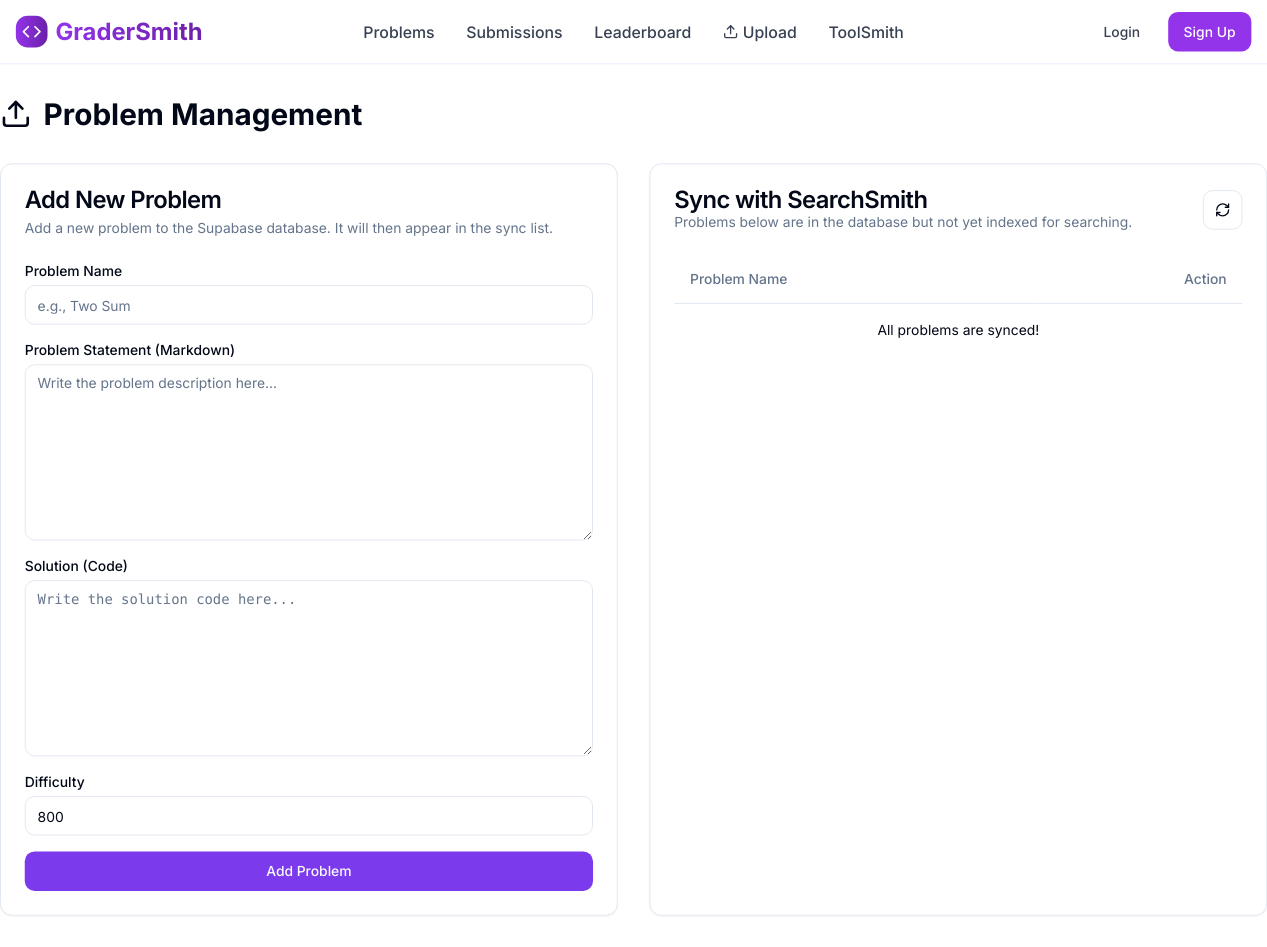
Repository: WOI-Core/TestSmith
Page: /upload
These files come from the project's save history. The page is drawn as it stood at one moment and after the next save; the edit follows.
The browser window is 1280 px wide. The pictures show the whole page, at 99% of full size.
The page's requests for data from a server got no answer. The project was rebuilt for these pictures with package versions that can differ from the ones it lists, and the page was loaded fresh each time. The framework's server and built-in components were replaced by stand-ins that run in the browser. No one was signed in, and anything a server would have sent is missing. Also part of the build but not shown: next.config.mjs, components/ui/avatar.tsx, components/ui/dropdown-menu.tsx.

Above is the page before, as saved 2025-07-10 01:26:22.

### app/layout.tsx
import type React from "react"
import type { Metadata } from "next"
import { Inter } from "next/font/google"
import "./globals.css"
import { AuthProvider } from "./context/AuthContext"
import Header from "./components/Header"

const inter = Inter({ subsets: ["latin"] })

export const metadata: Metadata = {
  title: "GraderSmith - Master Competitive Programming",
  description: "Modern Online Judge Platform for Competitive Programming",
    generator: 'v0.dev'
}

export default function RootLayout({
  children,
}: Readonly<{
  children: React.ReactNode
}>) {
  return (
    <html lang="en">
      <body className={inter.className}>
        <AuthProvider>
          <Header />
          <main>{children}</main>
        </AuthProvider>
      </body>
    </html>
  )
}

### app/upload/page.tsx
// app/upload/page.tsx
"use client"

import { useState, useEffect, FormEvent } from "react"
import { Button } from "@/components/ui/button"
import { Input } from "@/components/ui/input"
import { Textarea } from "@/components/ui/textarea"
import { Card, CardContent, CardHeader, CardTitle, CardDescription } from "@/components/ui/card"
import { Table, TableBody, TableCell, TableHead, TableHeader, TableRow } from "@/components/ui/table"
import { useToast } from "@/hooks/use-toast"
import { Upload, RefreshCw, Send } from "lucide-react"

interface UntaggedProblem {
  id: string;
  name: string;
  difficulty: number;
  tags: string[];
}

export default function UploadPage() {
  const { toast } = useToast()
  const [problemName, setProblemName] = useState("")
  const [markdownContent, setMarkdownContent] = useState("")
  const [solutionCode, setSolutionCode] = useState("")
  const [difficulty, setDifficulty] = useState(800)
  const [isSubmitting, setIsSubmitting] = useState(false)

  const [untaggedProblems, setUntaggedProblems] = useState<UntaggedProblem[]>([])
  const [isLoadingUntagged, setIsLoadingUntagged] = useState(false)
  const [syncingProblemId, setSyncingProblemId] = useState<string | null>(null)

  const fetchUntaggedProblems = async () => {
    setIsLoadingUntagged(true)
    try {
      const response = await fetch("/api/problems/from-storage")
      if (!response.ok) throw new Error("Failed to fetch problems from storage.")
      const data = await response.json()
      setUntaggedProblems(data)
    } catch (error: any) {
      toast({
        title: "Error",
        description: error.message,
        variant: "destructive",
      })
    } finally {
      setIsLoadingUntagged(false)
    }
  }

  useEffect(() => {
    fetchUntaggedProblems()
  }, [])

  const handleAddProblem = async (e: FormEvent) => {
    e.preventDefault()
    setIsSubmitting(true)

    if (!problemName.trim() || !markdownContent.trim() || !solutionCode.trim()) {
      toast({
        title: "Validation Error",
        description: "Problem Name, Problem Statement, and Solution Code cannot be empty.",
        variant: "destructive",
      })
      setIsSubmitting(false)
      return
    }

    try {
      const response = await fetch("/api/problems", {
        method: "POST",
        headers: { "Content-Type": "application/json" },
        body: JSON.stringify({
          name: problemName,
          statement: markdownContent,
          solution: solutionCode,
          difficulty: difficulty,
        }),
      })

      if (!response.ok) {
        const errorData = await response.json()
        throw new Error(errorData.message || "Failed to add problem.")
      }

      toast({
        title: "Success",
        description: "Problem has been added to the database.",
      })
      setProblemName("")
      setMarkdownContent("")
      setSolutionCode("")
      setDifficulty(800)
      fetchUntaggedProblems()
    } catch (error: any) {
      toast({
        title: "Error adding problem",
        description: error.message,
        variant: "destructive",
      })
    } finally {
      setIsSubmitting(false)
    }
  }

  const handleSyncProblem = async (problem: UntaggedProblem) => {
    setSyncingProblemId(problem.id)
    try {
      const response = await fetch("/api/problems/sync-searchsmith", {
        method: "POST",
        headers: { "Content-Type": "application/json" },
        body: JSON.stringify({
          problem_id: problem.id,
        }),
      })

      if (!response.ok) {
        const errorData = await response.json()
        throw new Error(errorData.message || "Failed to sync with SearchSmith.")
      }

      const result = await response.json()
      toast({
        title: "Sync Successful",
        description: `Problem "${result.problem_name}" has been indexed by SearchSmith.`,
      })
      setUntaggedProblems((prev) => prev.filter((p) => p.id !== problem.id))
    } catch (error: any) {
      toast({
        title: "Error syncing problem",
        description: error.message,
        variant: "destructive",
      })
    } finally {
      setSyncingProblemId(null)
    }
  }

  return (
    <div className="container mx-auto py-8">
      <h1 className="text-3xl font-bold mb-8 flex items-center">
        <Upload className="mr-3 h-8 w-8" />
        Problem Management
      </h1>
      <div className="grid grid-cols-1 lg:grid-cols-2 gap-8">
        <Card>
          <CardHeader>
            <CardTitle>Add New Problem</CardTitle>
            <CardDescription>
              Add a new problem to the Supabase database. It will then appear in the sync list.
            </CardDescription>
          </CardHeader>
          <CardContent>
            <form onSubmit={handleAddProblem} className="space-y-4">
              <div>
                <label htmlFor="problemName" className="block text-sm font-medium mb-1">Problem Name</label>
                <Input
                  id="problemName"
                  value={problemName}
                  onChange={(e) => setProblemName(e.target.value)}
                  placeholder="e.g., Two Sum"
                  required
                />
              </div>
              <div>
                <label htmlFor="markdownContent" className="block text-sm font-medium mb-1">Problem Statement (Markdown)</label>
                <Textarea
                  id="markdownContent"
                  value={markdownContent}
                  onChange={(e) => setMarkdownContent(e.target.value)}
                  placeholder="Write the problem description here..."
                  rows={8}
                  required
                />
              </div>
              <div>
                <label htmlFor="solutionCode" className="block text-sm font-medium mb-1">Solution (Code)</label>
                <Textarea
                  id="solutionCode"
                  value={solutionCode}
                  onChange={(e) => setSolutionCode(e.target.value)}
                  placeholder="Write the solution code here..."
                  rows={8}
                  required
                  className="font-mono"
                />
              </div>
              <div>
                 <label htmlFor="difficulty" className="block text-sm font-medium mb-1">Difficulty</label>
                 <Input
                    id="difficulty"
                    type="number"
                    value={difficulty}
                    onChange={(e) => setDifficulty(Number(e.target.value))}
                    placeholder="e.g., 1200"
                    required
                 />
              </div>
              <Button type="submit" disabled={isSubmitting} className="w-full">
                {isSubmitting ? "Submitting..." : "Add Problem"}
              </Button>
            </form>
          </CardContent>
        </Card>

        <Card>
          <CardHeader>
            <div className="flex justify-between items-center">
              <div>
                <CardTitle>Sync with SearchSmith</CardTitle>
                <CardDescription>
                  Problems below are in the database but not yet indexed for searching.
                </CardDescription>
              </div>
              <Button variant="outline" size="icon" onClick={fetchUntaggedProblems} disabled={isLoadingUntagged}>
                <RefreshCw className={`h-4 w-4 ${isLoadingUntagged ? 'animate-spin' : ''}`} />
              </Button>
            </div>
          </CardHeader>
          <CardContent>
            <Table>
              <TableHeader>
                <TableRow>
                  <TableHead>Problem Name</TableHead>
                  <TableHead className="text-right">Action</TableHead>
                </TableRow>
              </TableHeader>
              <TableBody>
                {isLoadingUntagged ? (
                  <TableRow key="loading-row"><TableCell colSpan={2} className="text-center">Loading...</TableCell></TableRow>
                ) : untaggedProblems.length > 0 ? (
                  untaggedProblems.map((problem) => (
                    <TableRow key={problem.id}>
                      <TableCell className="font-medium">{problem.name}</TableCell>
                      <TableCell className="text-right">
                        <Button
                          size="sm"
                          onClick={() => handleSyncProblem(problem)}
                          disabled={syncingProblemId === problem.id}
                        >
                          {syncingProblemId === problem.id ? (
                            "Syncing..."
                          ) : (
                            <><Send className="mr-2 h-4 w-4" /> Sync</>
                          )}
                        </Button>
                      </TableCell>
                    </TableRow>
                  ))
                ) : (
                  <TableRow key="no-problems-row"><TableCell colSpan={2} className="text-center">All problems are synced!</TableCell></TableRow>
                )}
              </TableBody>
            </Table>
          </CardContent>
        </Card>
      </div>
    </div>
  )
}

### app/context/AuthContext.tsx
"use client";

import { createContext, useContext, useState, useEffect, ReactNode } from 'react';

interface User {
  id: string;
  email: string;
  username: string;
}

interface AuthContextType {
  user: User | null;
  token: string | null;
  login: (user: User, token: string) => void;
  logout: () => void;
  isAuthenticated: boolean;
}

const AuthContext = createContext<AuthContextType | undefined>(undefined);

export const AuthProvider = ({ children }: { children: ReactNode }) => {
  const [user, setUser] = useState<User | null>(null);
  const [token, setToken] = useState<string | null>(null);

  useEffect(() => {
    try {
      const storedToken = localStorage.getItem('token');
      const storedUser = localStorage.getItem('user');

      if (storedToken) {
        setToken(storedToken);
      }

      // FIX: Check if storedUser is not null and not the string "undefined"
      if (storedUser && storedUser !== "undefined") {
        setUser(JSON.parse(storedUser));
      }
    } catch (error) {
      console.error("Failed to parse user from localStorage", error);
      // Clear corrupted storage
      localStorage.removeItem('user');
      localStorage.removeItem('token');
    }
  }, []);

  const login = (user: User, token: string) => {
    setUser(user);
    setToken(token);
    localStorage.setItem('user', JSON.stringify(user));
    localStorage.setItem('token', token);
  };

  const logout = () => {
    setUser(null);
    setToken(null);
    localStorage.removeItem('user');
    localStorage.removeItem('token');
  };

  return (
    <AuthContext.Provider value={{ user, token, login, logout, isAuthenticated: !!token }}>
      {children}
    </AuthContext.Provider>
  );
};

export const useAuth = () => {
  const context = useContext(AuthContext);
  if (context === undefined) {
    throw new Error('useAuth must be used within an AuthProvider');
  }
  return context;
};

### components/ui/button.tsx
import * as React from "react"
import { Slot } from "@radix-ui/react-slot"
import { cva, type VariantProps } from "class-variance-authority"

import { cn } from "@/lib/utils"

const buttonVariants = cva(
  "inline-flex items-center justify-center gap-2 whitespace-nowrap rounded-md text-sm font-medium ring-offset-background transition-colors focus-visible:outline-none focus-visible:ring-2 focus-visible:ring-ring focus-visible:ring-offset-2 disabled:pointer-events-none disabled:opacity-50 [&_svg]:pointer-events-none [&_svg]:size-4 [&_svg]:shrink-0",
  {
    variants: {
      variant: {
        default: "bg-primary text-primary-foreground hover:bg-primary/90",
        destructive:
          "bg-destructive text-destructive-foreground hover:bg-destructive/90",
        outline:
          "border border-input bg-background hover:bg-accent hover:text-accent-foreground",
        secondary:
          "bg-secondary text-secondary-foreground hover:bg-secondary/80",
        ghost: "hover:bg-accent hover:text-accent-foreground",
        link: "text-primary underline-offset-4 hover:underline",
      },
      size: {
        default: "h-10 px-4 py-2",
        sm: "h-9 rounded-md px-3",
        lg: "h-11 rounded-md px-8",
        icon: "h-10 w-10",
      },
    },
    defaultVariants: {
      variant: "default",
      size: "default",
    },
  }
)

export interface ButtonProps
  extends React.ButtonHTMLAttributes<HTMLButtonElement>,
    VariantProps<typeof buttonVariants> {
  asChild?: boolean
}

const Button = React.forwardRef<HTMLButtonElement, ButtonProps>(
  ({ className, variant, size, asChild = false, ...props }, ref) => {
    const Comp = asChild ? Slot : "button"
    return (
      <Comp
        className={cn(buttonVariants({ variant, size, className }))}
        ref={ref}
        {...props}
      />
    )
  }
)
Button.displayName = "Button"

export { Button, buttonVariants }

### components/ui/input.tsx
import * as React from "react"

import { cn } from "@/lib/utils"

const Input = React.forwardRef<HTMLInputElement, React.ComponentProps<"input">>(
  ({ className, type, ...props }, ref) => {
    return (
      <input
        type={type}
        className={cn(
          "flex h-10 w-full rounded-md border border-input bg-background px-3 py-2 text-base ring-offset-background file:border-0 file:bg-transparent file:text-sm file:font-medium file:text-foreground placeholder:text-muted-foreground focus-visible:outline-none focus-visible:ring-2 focus-visible:ring-ring focus-visible:ring-offset-2 disabled:cursor-not-allowed disabled:opacity-50 md:text-sm",
          className
        )}
        ref={ref}
        {...props}
      />
    )
  }
)
Input.displayName = "Input"

export { Input }

### components/ui/card.tsx
import * as React from "react"

import { cn } from "@/lib/utils"

const Card = React.forwardRef<
  HTMLDivElement,
  React.HTMLAttributes<HTMLDivElement>
>(({ className, ...props }, ref) => (
  <div
    ref={ref}
    className={cn(
      "rounded-lg border bg-card text-card-foreground shadow-sm",
      className
    )}
    {...props}
  />
))
Card.displayName = "Card"

const CardHeader = React.forwardRef<
  HTMLDivElement,
  React.HTMLAttributes<HTMLDivElement>
>(({ className, ...props }, ref) => (
  <div
    ref={ref}
    className={cn("flex flex-col space-y-1.5 p-6", className)}
    {...props}
  />
))
CardHeader.displayName = "CardHeader"

const CardTitle = React.forwardRef<
  HTMLDivElement,
  React.HTMLAttributes<HTMLDivElement>
>(({ className, ...props }, ref) => (
  <div
    ref={ref}
    className={cn(
      "text-2xl font-semibold leading-none tracking-tight",
      className
    )}
    {...props}
  />
))
CardTitle.displayName = "CardTitle"

const CardDescription = React.forwardRef<
  HTMLDivElement,
  React.HTMLAttributes<HTMLDivElement>
>(({ className, ...props }, ref) => (
  <div
    ref={ref}
    className={cn("text-sm text-muted-foreground", className)}
    {...props}
  />
))
CardDescription.displayName = "CardDescription"

const CardContent = React.forwardRef<
  HTMLDivElement,
  React.HTMLAttributes<HTMLDivElement>
>(({ className, ...props }, ref) => (
  <div ref={ref} className={cn("p-6 pt-0", className)} {...props} />
))
CardContent.displayName = "CardContent"

const CardFooter = React.forwardRef<
  HTMLDivElement,
  React.HTMLAttributes<HTMLDivElement>
>(({ className, ...props }, ref) => (
  <div
    ref={ref}
    className={cn("flex items-center p-6 pt-0", className)}
    {...props}
  />
))
CardFooter.displayName = "CardFooter"

export { Card, CardHeader, CardFooter, CardTitle, CardDescription, CardContent }

Loaded but not shown: app/globals.css (common file); components/ui/textarea.tsx (common file); hooks/use-toast.ts (common file); lib/utils.ts (common file); tailwind.config.ts (common file); app/components/Header.tsx (115 lines, source omitted); components/ui/table.tsx (117 lines, source omitted)

After the next save:
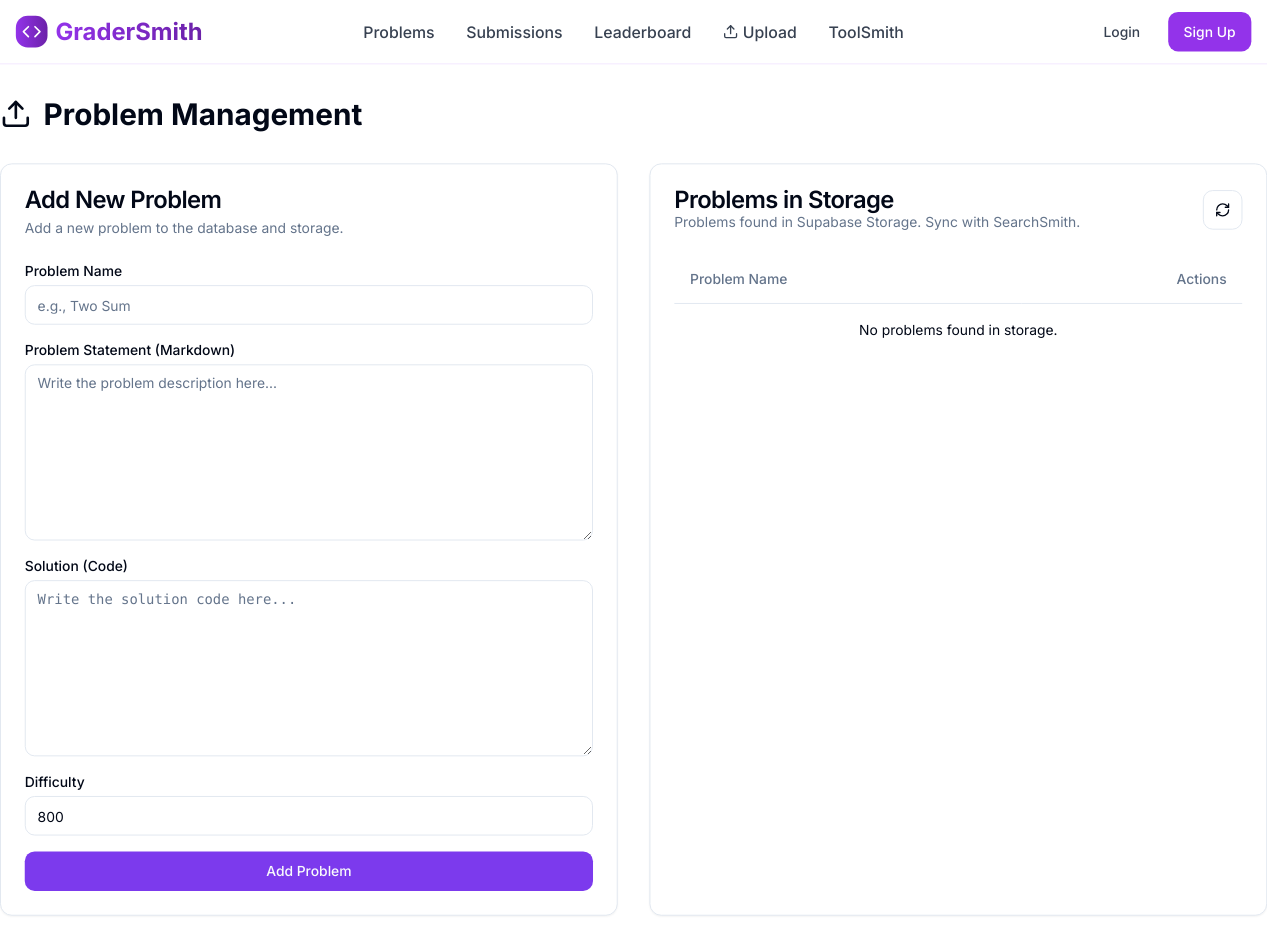
Saved 11 min 22 s later.
--- a/app/upload/page.tsx
+++ b/app/upload/page.tsx
@@ -8,12 +8,24 @@
 import { Card, CardContent, CardHeader, CardTitle, CardDescription } from "@/components/ui/card"
 import { Table, TableBody, TableCell, TableHead, TableHeader, TableRow } from "@/components/ui/table"
 import { useToast } from "@/hooks/use-toast"
-import { Upload, RefreshCw, Send } from "lucide-react"
+import { Upload, RefreshCw, Send } from "lucide-react" // Removed FileText and Code icons
 
 interface UntaggedProblem {
   id: string;
   name: string;
   difficulty: number;
+  tags: string[];
+}
+
+interface FullProblemDetails {
+  id: string;
+  name: string;
+  statement: string;
+  solution: string;
+  difficulty: number;
+  timeLimit?: number;
+  memoryLimit?: number;
+  note?: string;
   tags: string[];
 }
 
@@ -28,6 +40,8 @@
   const [untaggedProblems, setUntaggedProblems] = useState<UntaggedProblem[]>([])
   const [isLoadingUntagged, setIsLoadingUntagged] = useState(false)
   const [syncingProblemId, setSyncingProblemId] = useState<string | null>(null)
+  // Removed loadingProblemDetailsId state as load functionality is removed
+
 
   const fetchUntaggedProblems = async () => {
     setIsLoadingUntagged(true)
@@ -102,14 +116,28 @@
     }
   }
 
+  // Removed handleLoadProblemDetails function
+
+
   const handleSyncProblem = async (problem: UntaggedProblem) => {
     setSyncingProblemId(problem.id)
     try {
+      const problemDetailsResponse = await fetch(`/api/problems/details-from-storage/${problem.id}`);
+      if (!problemDetailsResponse.ok) throw new Error("Failed to fetch problem details for sync.");
+      const problemDetails: FullProblemDetails = await problemDetailsResponse.json();
+
+      if (!problemDetails.statement || !problemDetails.solution) {
+          throw new Error("Problem content (statement or solution) missing for sync.");
+      }
+
       const response = await fetch("/api/problems/sync-searchsmith", {
         method: "POST",
         headers: { "Content-Type": "application/json" },
         body: JSON.stringify({
           problem_id: problem.id,
+          problem_name: problemDetails.name,
+          markdown_content: problemDetails.statement,
+          solution_code: problemDetails.solution,
         }),
       })
 
@@ -144,9 +172,9 @@
       <div className="grid grid-cols-1 lg:grid-cols-2 gap-8">
         <Card>
           <CardHeader>
-            <CardTitle>Add New Problem</CardTitle>
+            <CardTitle>Add New Problem</CardTitle> {/* Reverted title */}
             <CardDescription>
-              Add a new problem to the Supabase database. It will then appear in the sync list.
+              Add a new problem to the database and storage.
             </CardDescription>
           </CardHeader>
           <CardContent>
@@ -206,9 +234,9 @@
           <CardHeader>
             <div className="flex justify-between items-center">
               <div>
-                <CardTitle>Sync with SearchSmith</CardTitle>
+                <CardTitle>Problems in Storage</CardTitle>
                 <CardDescription>
-                  Problems below are in the database but not yet indexed for searching.
+                  Problems found in Supabase Storage. Sync with SearchSmith.
                 </CardDescription>
               </div>
               <Button variant="outline" size="icon" onClick={fetchUntaggedProblems} disabled={isLoadingUntagged}>
@@ -221,7 +249,7 @@
               <TableHeader>
                 <TableRow>
                   <TableHead>Problem Name</TableHead>
-                  <TableHead className="text-right">Action</TableHead>
+                  <TableHead className="text-right">Actions</TableHead>
                 </TableRow>
               </TableHeader>
               <TableBody>
@@ -231,7 +259,8 @@
                   untaggedProblems.map((problem) => (
                     <TableRow key={problem.id}>
                       <TableCell className="font-medium">{problem.name}</TableCell>
-                      <TableCell className="text-right">
+                      <TableCell className="text-right space-x-2">
+                        {/* Removed Load button */}
                         <Button
                           size="sm"
                           onClick={() => handleSyncProblem(problem)}
@@ -247,7 +276,7 @@
                     </TableRow>
                   ))
                 ) : (
-                  <TableRow key="no-problems-row"><TableCell colSpan={2} className="text-center">All problems are synced!</TableCell></TableRow>
+                  <TableRow key="no-problems-row"><TableCell colSpan={2} className="text-center">No problems found in storage.</TableCell></TableRow>
                 )}
               </TableBody>
             </Table>
